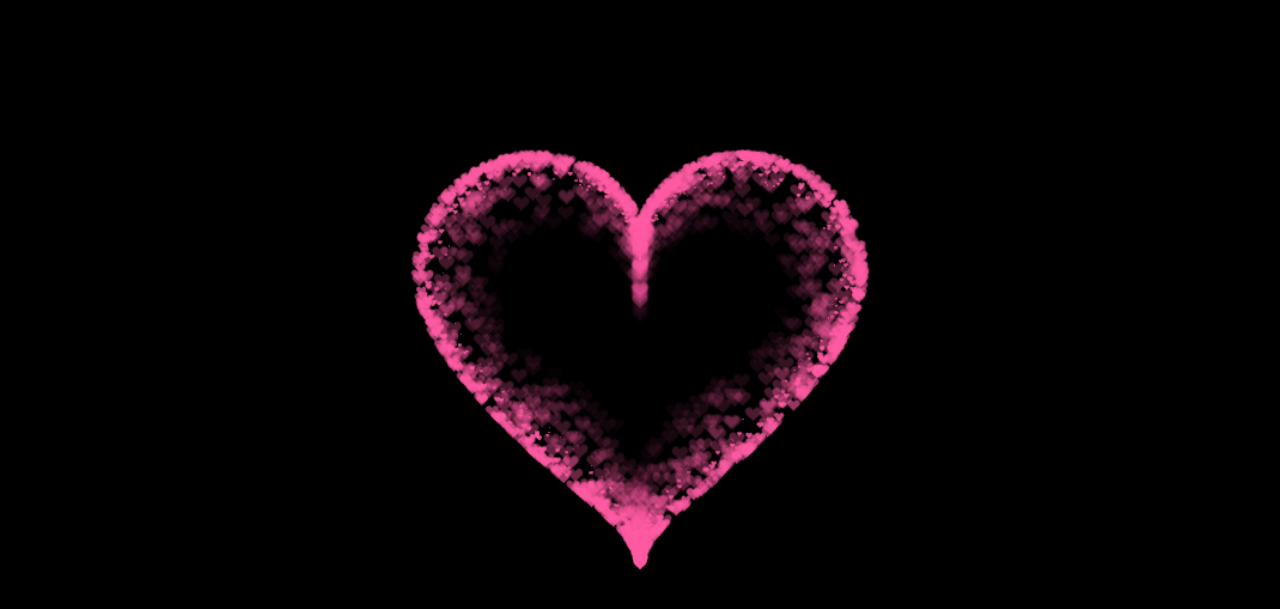
Repository: Mannj-nef/Heart-beat
Page: index.html
These files come from the project's save history. The page is drawn as it stood at one moment and after a run of saves; the edit follows.
The browser window is 1280 px wide. The pictures show the whole page.

Above is the page before, as saved 2022-11-08 11:57:05.

After the next 2 saves:
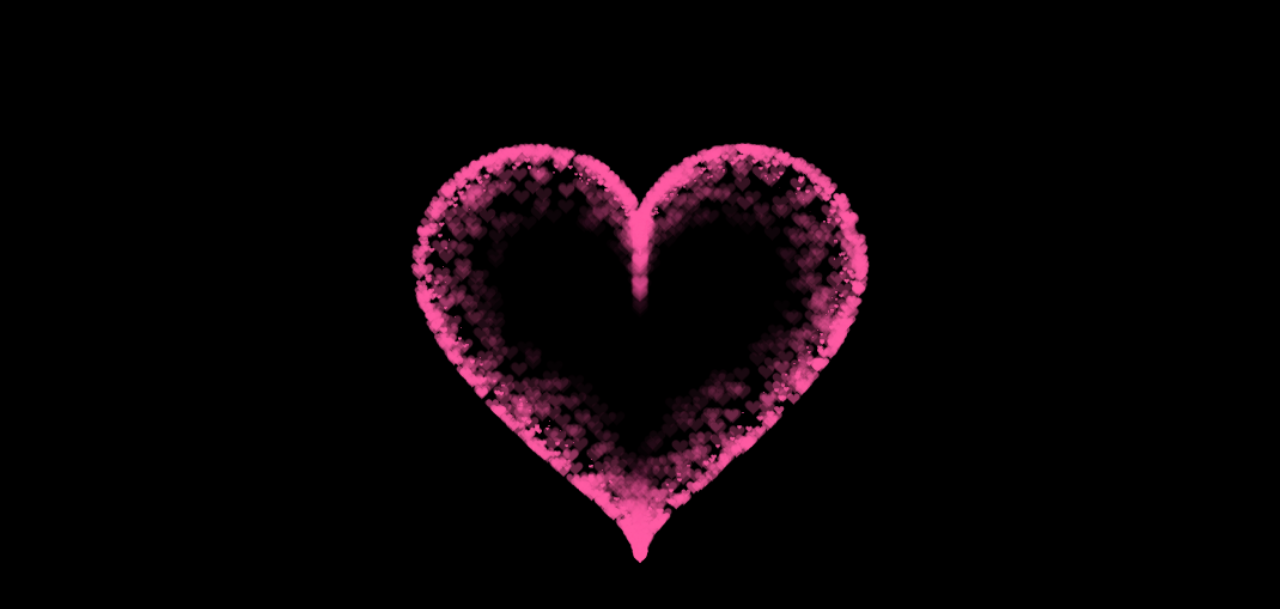
The 2 saves are shown as one change because they came seconds apart.
The last was saved 46 s later.
--- a/index.html
+++ b/index.html
@@ -91,9 +91,9 @@
   <body>
     <div class="box">
       <canvas id="pinkboard"></canvas>
-      <div
+      <div>love</div>
+      <!-- <div
         class="center-text"
-        ,
         style="
           background-color: rgb(0, 0, 0);
           width: 100%;
@@ -107,7 +107,7 @@
           margin-bottom: 5px;
           text-align: center;
         "
-      ></div>
+      ></div> -->
     </div>
     <script src="./index.js"></script>
   </body>
